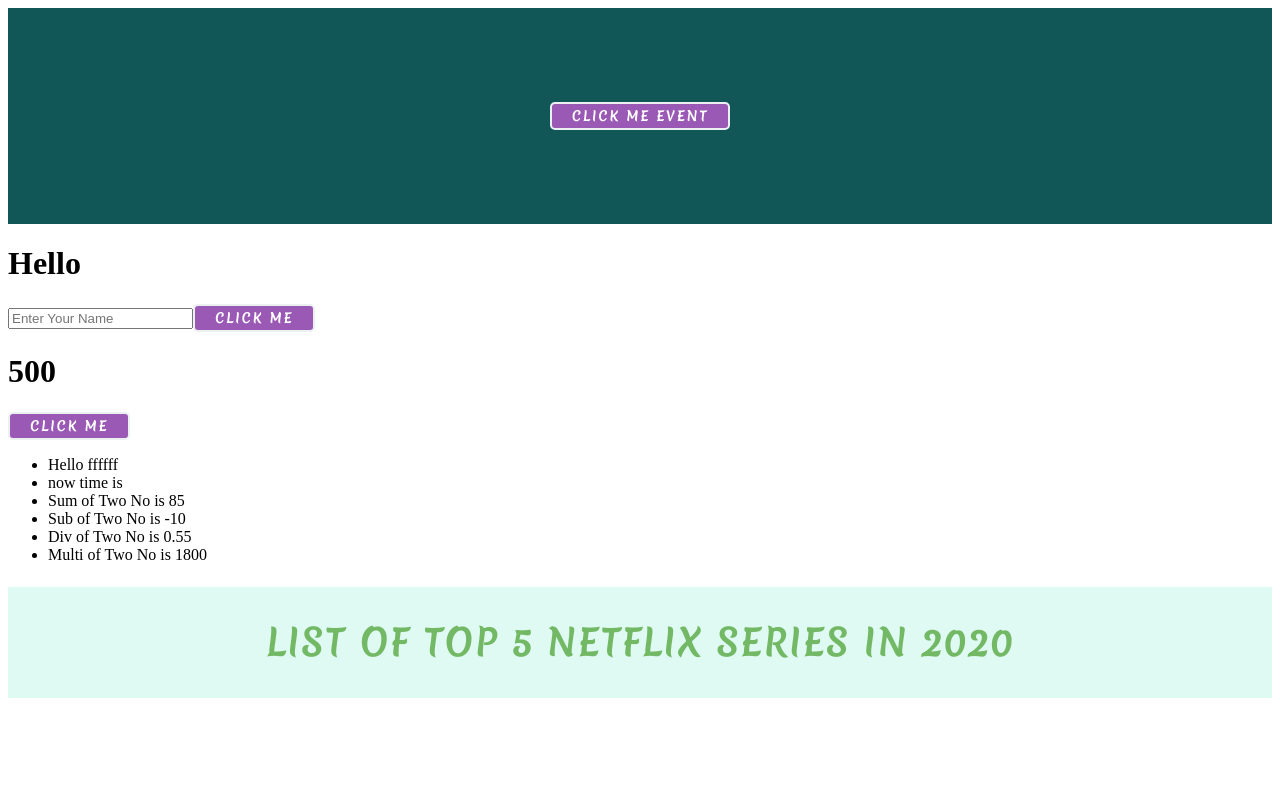
Repository: hardik2626/reactlearn2020
Page: /
These files come from the project's save history. The page is drawn as it stood at one moment and after the next save; the edit follows.
The browser window is 1280 px wide. The pictures show the part of the page from y = 0 to 804 px (the page is 1828 px tall).
Pictures or frames that could not be fetched are drawn as grey boxes. The project was rebuilt for these pictures with package versions that can differ from the ones it lists, and the page was loaded fresh each time.

Above is the page before, as saved 2020-10-10 11:07:13.

### public/index.html
<!DOCTYPE html>
<html lang="en">

<head>
    <meta charset="utf-8" />
    <link rel="icon" href="%PUBLIC_URL%/favicon.ico" />
    <meta name="viewport" content="width=device-width, initial-scale=1" />
    <meta name="theme-color" content="#000000" />
    <meta name="description" content="Web site created using create-react-app" />
    <link rel="apple-touch-icon" href="%PUBLIC_URL%/logo192.png" />
    <!--
      manifest.json provides metadata used when your web app is installed on a
      user's mobile device or desktop. See https://developers.google.com/web/fundamentals/web-app-manifest/
    -->
    <link rel="manifest" href="%PUBLIC_URL%/manifest.json" />
    <!--
      Notice the use of %PUBLIC_URL% in the tags above.
      It will be replaced with the URL of the `public` folder during the build.
      Only files inside the `public` folder can be referenced from the HTML.

      Unlike "/favicon.ico" or "favicon.ico", "%PUBLIC_URL%/favicon.ico" will
      work correctly both with client-side routing and a non-root public URL.
      Learn how to configure a non-root public URL by running `npm run build`.
    -->
    <link href="https://fonts.googleapis.com/css2?family=Merienda&display=swap" rel="stylesheet">
    <title>React App</title>
</head>

<body>
    <noscript>You need to enable JavaScript to run this app.</noscript>
    <div id="root"></div>
    <!--
      This HTML file is a template.
      If you open it directly in the browser, you will see an empty page.

      You can add webfonts, meta tags, or analytics to this file.
      The build step will place the bundled scripts into the <body> tag.

      To begin the development, run `npm start` or `yarn start`.
      To create a production bundle, use `npm run build` or `yarn build`.
    -->
</body>

</html>

### src/index.js
import React from 'react';
import ReactDOM from 'react-dom';
import App from './App';
import Cards from './Cards'
import './index.css';
import Sdata from './Sdata'

//console.log(Sdata[1].sname);

/*function nCard(val){
  //console.log(val);
  return(
    <Cards
     imgsrc={val.imgsrc}
     sname={val.sname}
     title={val.title}
     link={val.link}
     />
  )
}*/



ReactDOM.render(
  <>

  <App myname="ffffff" />


    <h1 className="heading_style">List of TOP 5 Netflix Series in 2020</h1>
    {/* {Sdata.map(nCard)}; */}

    {Sdata.map((val, index) => {
      console.log(index);
      return(
        <React.Fragment key={val.imgsrc}>
        <Cards  imgsrc={val.imgsrc} sname={val.sname} title={val.title} link={val.link} />
        </React.Fragment>
      )
      }
    )};


     { /* <Cards imgsrc={Sdata[1].imgsrc} sname={Sdata[1].sname} title={Sdata[1].title} link={Sdata[1].link} />
     <Cards imgsrc={Sdata[2].imgsrc} sname={Sdata[2].sname} title={Sdata[2].title} link={Sdata[2].link} /> */ }

  </>, document.getElementById('root')
);

### src/App.js
import React from 'react';
import add, { sub, mult, div } from './Calc';
import Eventhand from './Eventhand';
import Myform from './Myform';
import Myhooks from './Myhooks';

function App(props){

  return(
    <>
    <Eventhand />
   <Myform />
   <Myhooks />
  <ul>
  <li>Hello {props.myname}</li>
  <li>now time is {new Date().toLocaleDateString}</li>
    <li>Sum of Two No is {add(45,40)}</li>
    <li>Sub of Two No is {sub(30,40)}</li>
    <li>Div of Two No is {div(22,40)}</li>
    <li>Multi of Two No is {mult(45,40)}</li>
  </ul>
  </>
  )
}

export default App

### src/Cards.jsx
import React from 'react';

function Cards(props){
  //console.log(props)
  return(
    <>
    <div className="cards">
      <div className="card">
        <img src={props.imgsrc} alt="ALPIC" className="card__img" />
        <div className="card__info">
          <span className="card__category">{props.title}</span>
          <h3 className="card__title"> {props.sname} </h3>
          <a href={props.link } target="_blank">
            <button>Watch Now</button>
          </a>
        </div>
      </div>
    </div>
  </>
  )
}
export default Cards

### src/index.css
/* * {
    margin: 0;
    padding: 0;
    box-sizing: border-box;
}

.heading {
    color: blue;
    text-align: center;
    text-transform: capitalize;
    font-weight: bold;
    text-shadow: 0px 2ps 4px #ffe9c5;
    font-family: 'Merienda', cursive;
}

.heading2 {
    color: #c75757;
    text-align: center;
    text-transform: capitalize;
    font-weight: bold;
    font-family: 'Merienda', cursive;
}

.imgDIV {
    width: 200px;
    height: auto;
    margin-top: 20px;
    display: inline;
}

body {
    background-color: #b4f2e1;
    box-sizing: border-box;
    margin: 0;
    padding: 0;
    font-family: 'Gill Sans', 'Gill Sans MT', Calibri, 'Trebuchet MS', sans-serif;
}

div {
    width: 100%;
    height: 100vh;
    display: flex;
    justify-content: center;
    align-items: center;
    margin-top: -30px;
}

h1 {
    padding: 20px;
    background-color: #ffe9c5;
    color: #fa9191;
    border-radius: 20px;
    font-size: 60px;
}

span {
    color: #eb6383;
} */

.heading_style {
    padding: 30px 0;
    text-align: center;
    font-family: 'Merienda', cursive;
    text-transform: uppercase;
    font-size: 35px;
    letter-spacing: 2px;
    font-weight: bold;
    color: #3d9820ab;
    background-color: #b4f2e16b;
    margin-bottom: 30px;
}

.cards {
    width: 100%;
    height: auto;
}

.card {
    margin: 6%;
    background-color: #fff;
    width: 21.25%;
    border-radius: 12%;
    box-shadow: 0px 13px 10px -7px rgba(0, 0, 0, 0.1);
    float: left;
    transition: all 0.4s cubic-bezier(0.175, 0.885, 0, 1);
    -webkit-border-radius: 12%;
    -moz-border-radius: 12%;
    -ms-border-radius: 12%;
    -o-border-radius: 12%;
    -webkit-transition: all 0.4s cubic-bezier(0.175, 0.885, 0, 1);
    -moz-transition: all 0.4s cubic-bezier(0.175, 0.885, 0, 1);
    -ms-transition: all 0.4s cubic-bezier(0.175, 0.885, 0, 1);
    -o-transition: all 0.4s cubic-bezier(0.175, 0.885, 0, 1);
}

.card:hover {
    box-shadow: 0px 30px 18px -8px rgba(0, 0, 0, 0.1);
    transform: scale(1.05, 1.05);
    -webkit-transform: scale(1.05, 1.05);
    -moz-transform: scale(1.05, 1.05);
    -ms-transform: scale(1.05, 1.05);
    -o-transform: scale(1.05, 1.05);
}

.card__img {
    width: 100%;
    height: 235px;
    border-top-left-radius: 12px;
    border-top-right-radius: 12px;
}

.card__info {
    background-color: #fff;
    border-bottom-left-radius: 12px;
    border-bottom-right-radius: 12px;
    padding: 16px 24px 24px 24px;
}

.card__category {
    font-family: 'Franklin Gothic Medium', 'Arial Narrow', Arial, sans-serif;
    text-transform: uppercase;
    font-size: 13px;
    letter-spacing: 2px;
    font-weight: bold;
    color: #868686;
    background-color: #fff;
}

.card__title {
    margin-top: 5px;
    margin-bottom: 10px;
    font-family: 'Merienda', cursive;
    background-color: #fff;
    text-transform: capitalize;
}

button {
    padding: 8px 5px;
    font-family: 'Merienda', cursive;
    text-transform: uppercase;
    font-size: 13px;
    letter-spacing: 2px;
    font-weight: bold;
    color: #868686;
    background-color: #fff;
    outline: none;
    border: 1px solid #000;
    cursor: pointer;
}

button {
    line-height: 24px;
    padding: 0 20px;
    background-color: #9b59b6;
    color: #fff;
    border: 2px solid #ecf0f1;
    outline: none;
    border-radius: 5px;
    text-transform: uppercase;
    cursor: pointer;
    -webkit-border-radius: 5px;
    -moz-border-radius: 5px;
    -ms-border-radius: 5px;
    -o-border-radius: 5px;
}

h1.evnthnd {
    color: White;
    background: transparent;
    text-shadow: 0 2px 2px #000;
}

div.evnt {
    width: 100%;
    height: 30vh;
    display: flex;
    justify-content: center;
    align-items: center;
    background-color: violet;
    flex-direction: column;
}

### src/Sdata.jsx
const Sdata = [{
        imgsrc : "https://picsum.photos/500/300",
        sname : "DARK",
        title : " A Netflix Original Series",
        link : "https://www.google.com/"
    },
    {
        imgsrc : "https://picsum.photos/500/330",
        sname : "Extra Carricular",
        title : " A Netflix Original Series",
        link : "https://www.google.com/"
    },
    {
        imgsrc : "https://picsum.photos/500/340",
        sname : "MasterCard",
        title : " A Netflix Original Series",
        link : "https://www.google.com/"
    },
    {
        imgsrc : "https://picsum.photos/500/335",
        sname : "TrueLove",
        title : " A ZEE  Series",
        link : "https://www.google.com/"
    },
    {
        imgsrc : "https://picsum.photos/500/345",
        sname : "Khul JA Sim Sim",
        title : " A ZEE5  Series",
        link : "https://www.google.com/"
    },
    {
        imgsrc : "https://picsum.photos/500/339",
        sname : "Extra Carricular",
        title : " A Netflix Original Series",
        link : "https://www.google.com/"
    }

];
export default Sdata

### src/Calc.jsx
import React from 'react';

function add(a, b) {
    let sum = a + b;
    return sum;
}
export default add;

function sub(a, b) {
    let sub = a - b;
    return sub;
}


function mult(a, b) {
    let mult = a * b;
    return mult;
}


function div(a, b) {
    let div = a / b;
    return div;
}
export { sub, mult, div };

### src/Eventhand.js
import React, { Component, useState } from 'react'

const Eventhand = () => {
        const purple = "#125758";
        const Newpurple = "#656987";
        const [bg,setBg] = useState(purple)
        const [ename, setName] = useState('Click Me Event')
        const bgChange = () => {
                //console.log('clickkk');
                let newBg = "#789548"
                setBg(newBg)
                setName("Hardik Devani 🤬 ")
        }
        const bgBack = () => {
                setBg(Newpurple)
                setName('Double Click 😠')
        }
        return(
                <>
                        <div className="evnt" style={{backgroundColor:bg}}>
                                <button className="evnthnd"  onClick={bgChange} onDoubleClick={bgBack}>
                                {ename}
                                </button>
                        </div>
                </>
        )
}
export default Eventhand;

### src/Myform.js
import React, { useState } from 'react'

const Myform = () => {

        const [name, setName] = useState()
        const [fullName, setFullName] = useState()

        const subForm = (event) =>{
                setName(event.target.value)
                //console.log(event.target.value);
        }
        const onSubmit = () => {
                setFullName(name)
        }
        return(
                <>
                <div>
                        <h1>Hello {fullName}</h1>
                        <input type="text" placeholder="Enter Your Name" onChange={subForm} value={name} />
                        <button onClick={onSubmit}>Click Me</button>
                </div>
        </>
        )
}

export default Myform;

### src/Myhooks.js
import React, { useState } from 'react';
let count = 1;

const Myhooks = () => {

        const state = useState();
const [count, setCount] = useState(500);

const IncNum = () => {
        setCount(count + 5)
        //console.log("clicked" + count++)
};

        return(
                <>
                <h1>{count}</h1>
                <button onClick={IncNum}>Click Me</button>
                </>
        )
}
export default Myhooks

After the next save:
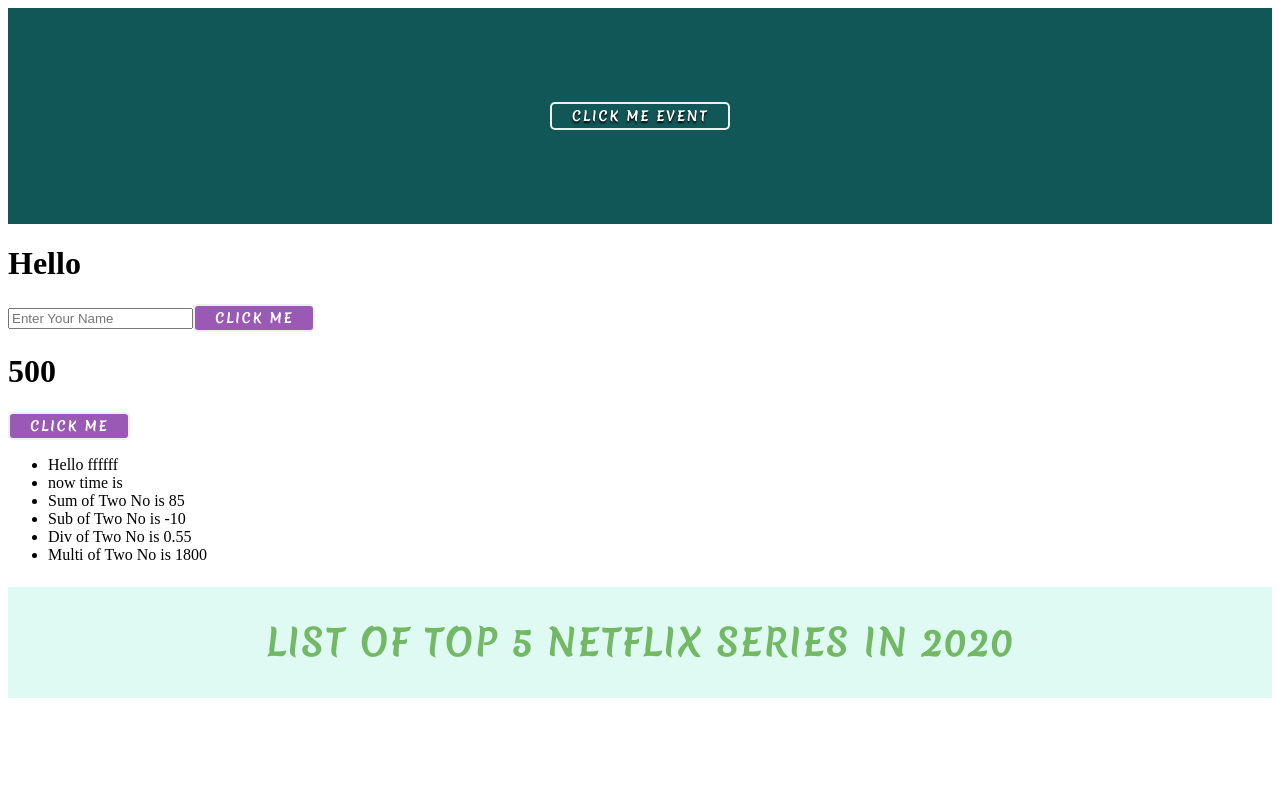
Saved 12 s later.
--- a/src/index.css
+++ b/src/index.css
@@ -164,7 +164,7 @@ button {
     -o-border-radius: 5px;
 }
 
-h1.evnthnd {
+.evnthnd {
     color: White;
     background: transparent;
     text-shadow: 0 2px 2px #000;
